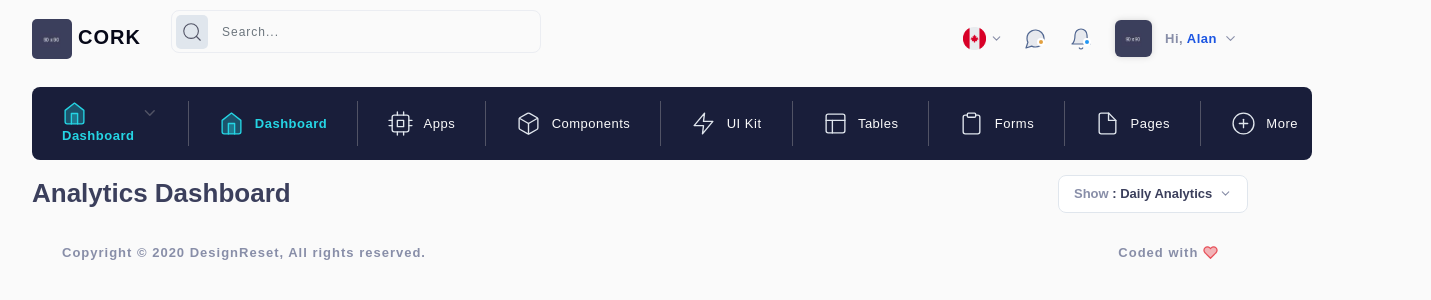
Repository: maruti-1607/corkadmin
Page: resources/views/layouts/admin.blade.php
The author's editor kept a copy of each file at every save. The page is drawn from the files as they stood at one save, then again after the next save.
The browser window is 1280 px wide. The page is 1431 px wide, then 1407 px, so the pictures cover 1431 px, including what lies to the right of the window. The pictures show the whole page.
Some web fonts or font styles are not loaded; a fallback is used. The page is served by the project's Laravel application, run on PHP 8.4 with Laravel 8. Style sheets and scripts are compiled from the project's sources, by tool versions that may differ from the author's. The template is opened directly, without the code that normally fills it, so the values that code supplies are empty.

Above is the page before, as saved 2020-04-03 09:33:12.

After the next save:
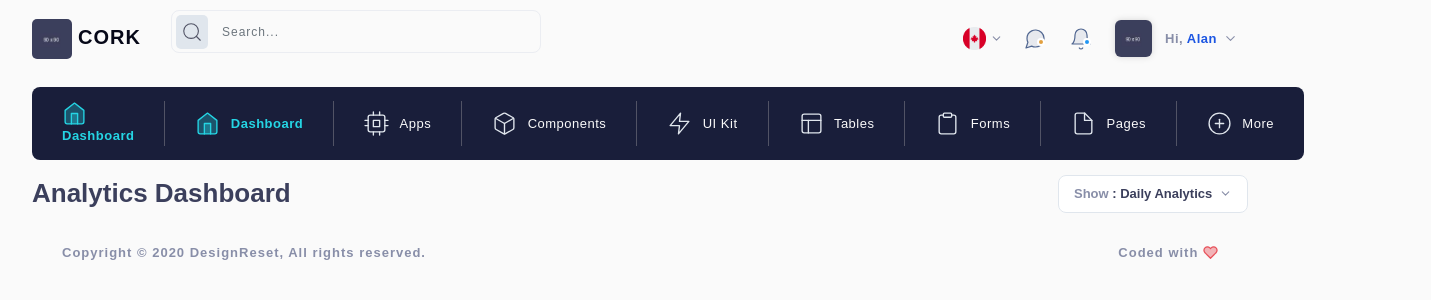
Saved 21 s later.
--- a/resources/views/partials/admin/menu.blade.php
+++ b/resources/views/partials/admin/menu.blade.php
@@ -19,7 +19,6 @@
                         <svg xmlns="http://www.w3.org/2000/svg" width="24" height="24" viewBox="0 0 24 24" fill="none" stroke="currentColor" stroke-width="2" stroke-linecap="round" stroke-linejoin="round" class="feather feather-home"><path d="M3 9l9-7 9 7v11a2 2 0 0 1-2 2H5a2 2 0 0 1-2-2z"></path><polyline points="9 22 9 12 15 12 15 22"></polyline></svg>
                         <span>Dashboard</span>
                     </div>
-                    <svg xmlns="http://www.w3.org/2000/svg" width="24" height="24" viewBox="0 0 24 24" fill="none" stroke="currentColor" stroke-width="2" stroke-linecap="round" stroke-linejoin="round" class="feather feather-chevron-down"><polyline points="6 9 12 15 18 9"></polyline></svg>
 
                 </a>
             </li>
